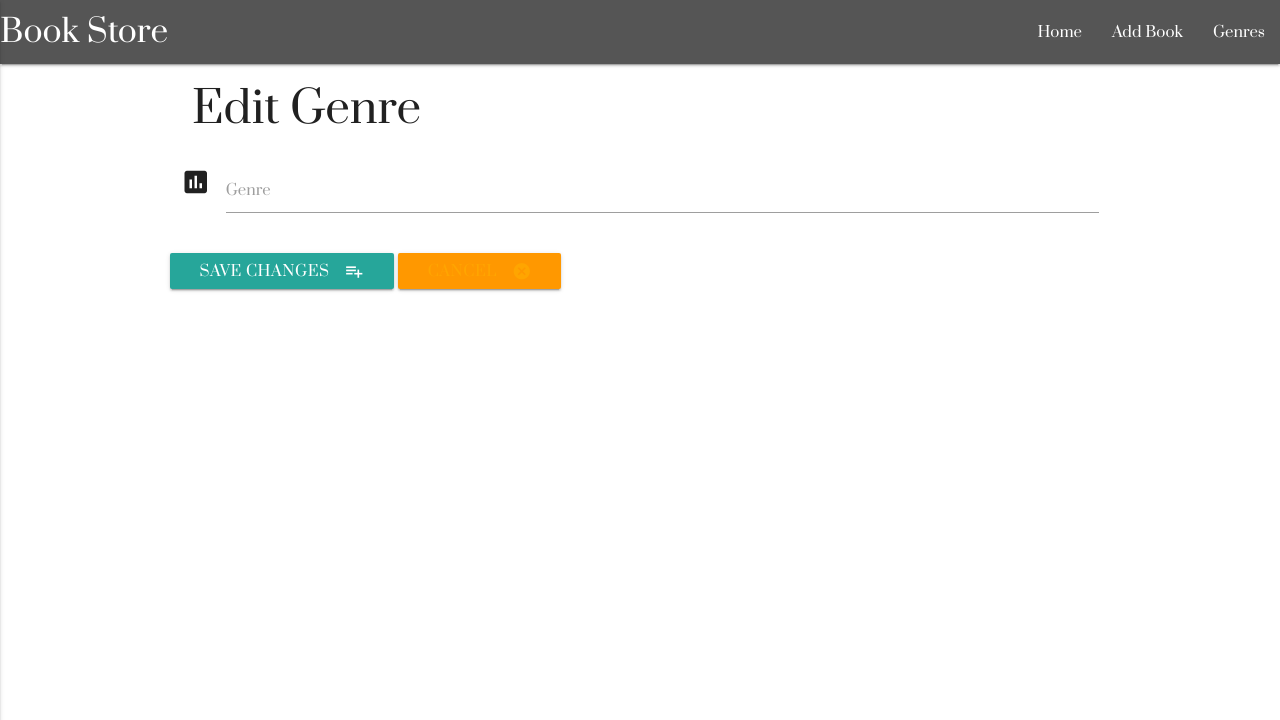
Repository: thodnett/book-store
Page: templates/editcategory.html
The author's editor kept a record of every edit. The page is drawn from the files as they stood at one moment, then again after the next edit.
The browser window is 1280 px wide. The pictures show the whole page.
Some web libraries are served in a nearby version. The page is served by the project's application, run on Flask 3 (app.py). The template is opened directly, without the code that normally fills it, so the values that code supplies are empty.

Above is the page before.

After the next edit:
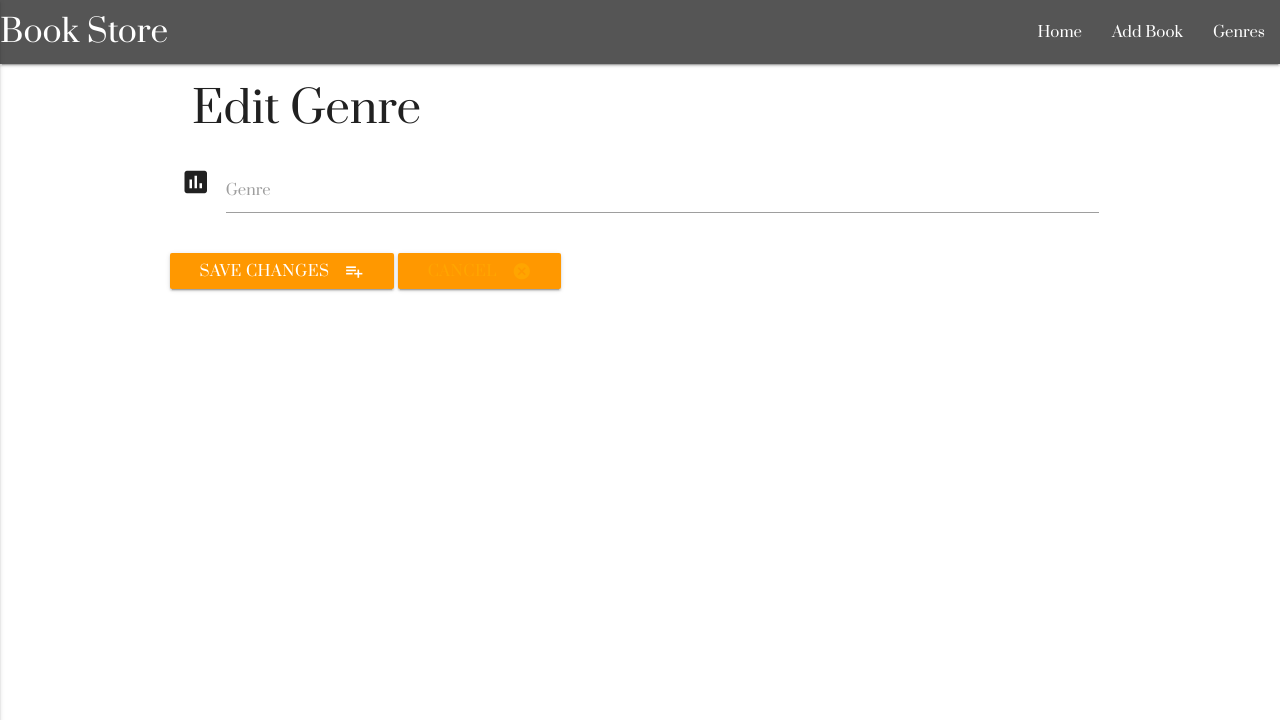
The edit:
--- a/templates/editcategory.html
+++ b/templates/editcategory.html
@@ -11,7 +11,7 @@
             </div>
         </div>
             <div class="row">
-                <button class="btn waves-effect waves-light" type="submit" name="action">Save changes
+                <button class="btn waves-effect waves-light btn orange" type="submit" name="action">Save changes
                 <i class="material-icons right">playlist_add</i>
               </button>
              <a href="{{ url_for('get_categories')}}" class="waves-effect waves-light btn orange">
